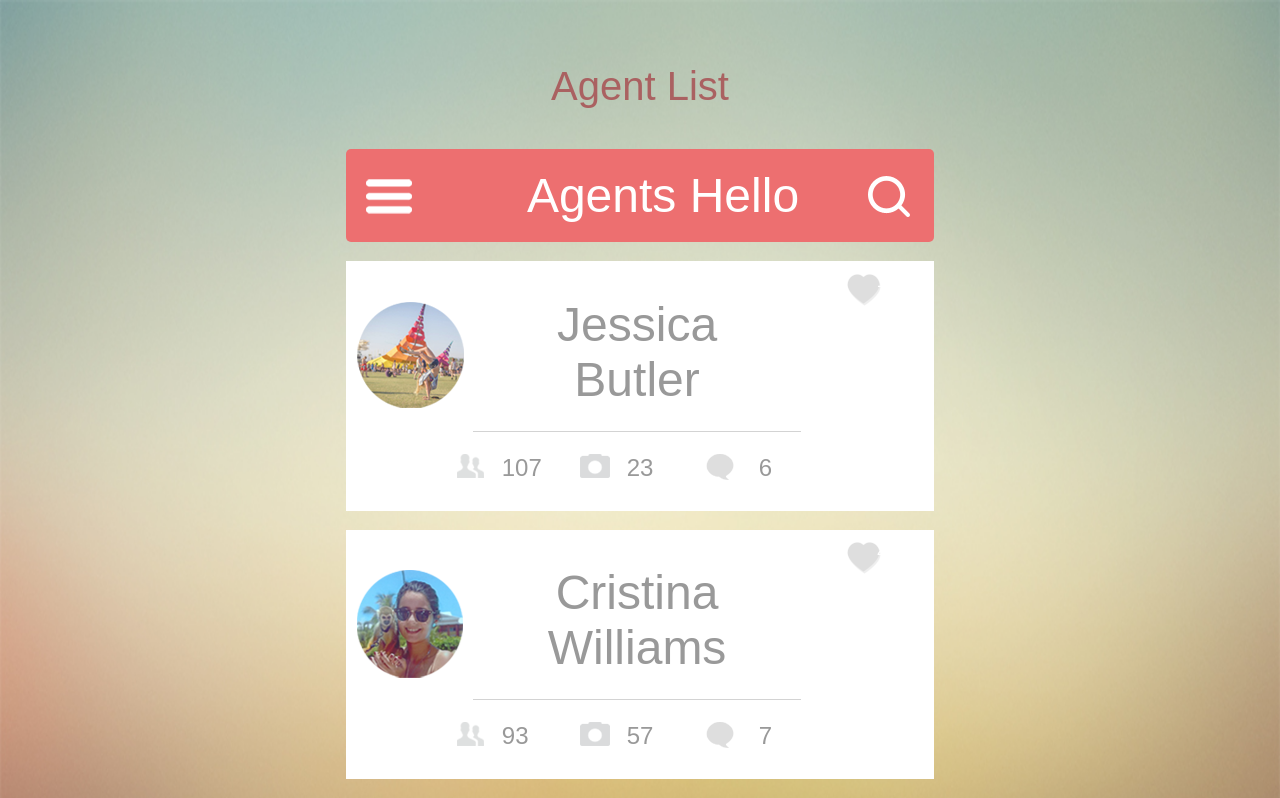
Repository: vibhu95/MatchFinder
Page: http://localhost/MatchFinder/agentsList.jsp
An editor plug-in stored every save of this project. The page is shown before and after a run of saves, followed by the edit.
The browser window is 1280 px wide. The pictures show the whole page.
Some web fonts or font styles are not loaded; a fallback is used. The page is served by Tomcat 9. Queries for data that is not in the repository find no rows.

Above is the page before, as saved 2018-02-01 02:31:24.

After the next 2 saves:
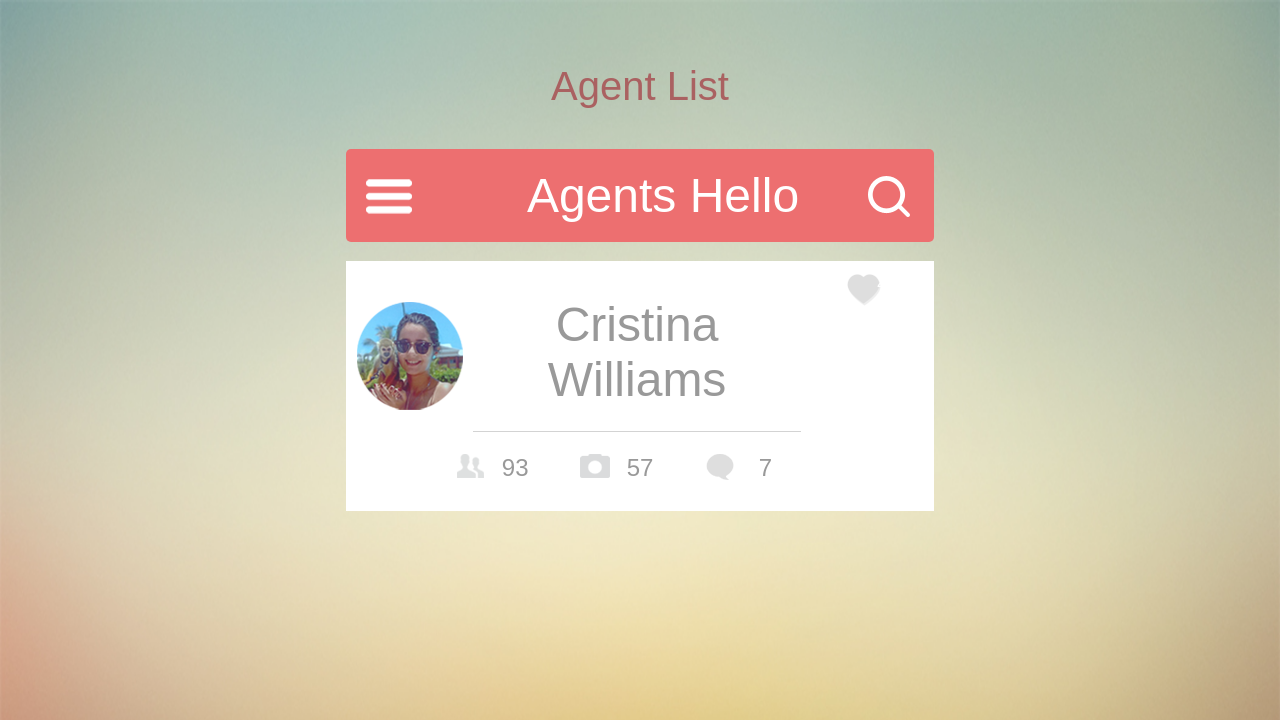
The 2 saves are shown as one change because they came seconds apart.
The last was saved 25 s later.
--- a/workspace/MatchFinder/WebContent/agentsList.jsp
+++ b/workspace/MatchFinder/WebContent/agentsList.jsp
@@ -103,10 +103,7 @@
 <%  for(UserBean b : all){
 %>
 
-
-<%
-}
-%>								<div class="friends-grids">
+								<div class="friends-grids">
 									<div class="grids-left">
 										<img src="agents/images/a1.png" />
 									</div>
@@ -123,6 +120,9 @@
 									</div>
 									<div class="clear"> </div>
 								</div>
+<%
+}
+%>
 					           <div class="friends-grids">
 									<div class="grids-left">
 										<img src="agents/images/a2.png" />
